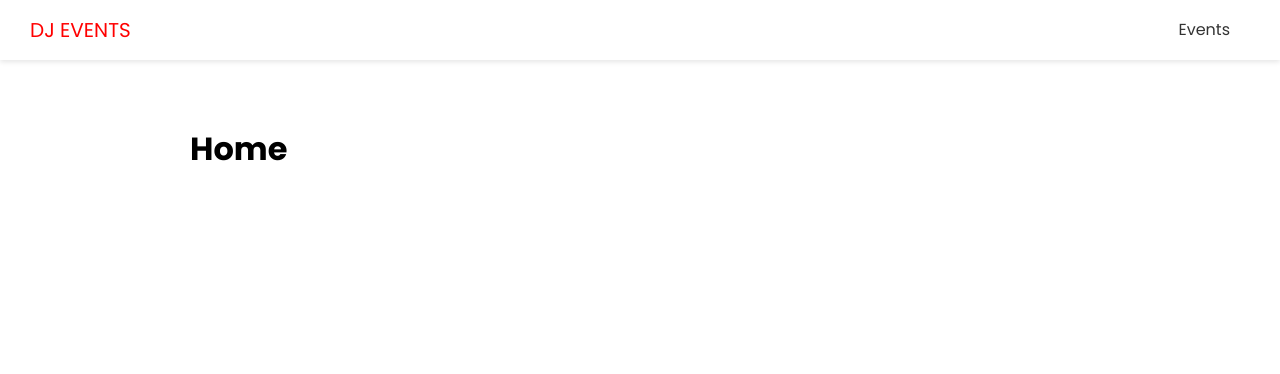
Repository: apolloproductionsdj/dj-events-frontend
Page: /
The author's editor kept a copy of each file at every save. The page is drawn from the files as they stood at one save, then again after the next save.
The browser window is 1280 px wide. The pictures show the whole page.
The project was rebuilt for these pictures with package versions that can differ from the ones it lists, and the page was loaded fresh each time. The framework's server and built-in components were replaced by stand-ins that run in the browser. Also part of the build but not shown: next.config.js.

Above is the page before, as saved 2022-03-22 09:14:08.

After the next save:
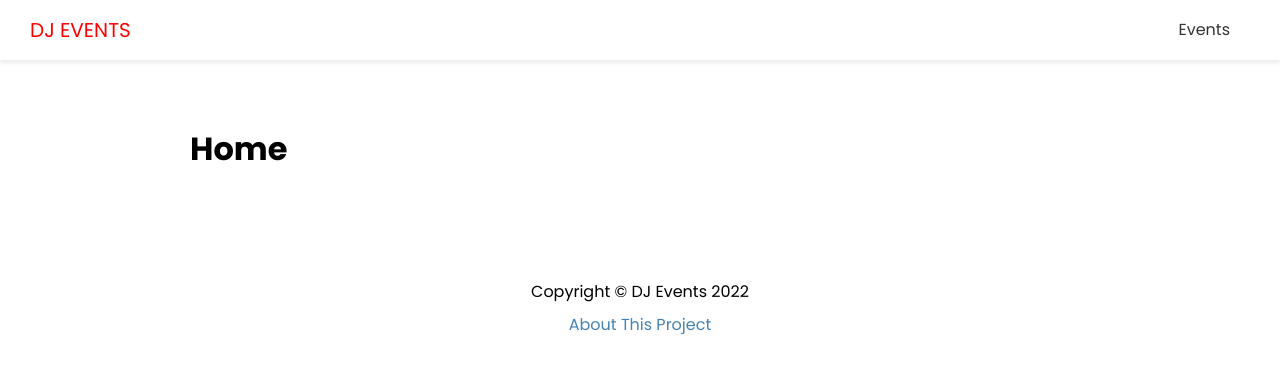
Saved 56 s later.
--- a/components/Layout.js
+++ b/components/Layout.js
@@ -1,5 +1,6 @@
 import Head from "next/head";
 import styles from "../styles/Layout.module.css";
+import Footer from "./Footer";
 import Header from "./Header";
 
 export default function Layout({ title, keywords, description, children }) {
@@ -13,6 +14,8 @@ export default function Layout({ title, keywords, description, children }) {
       <Header />
 
       <div className={styles.container}>{children}</div>
+
+      <Footer />
     </div>
   );
 }
